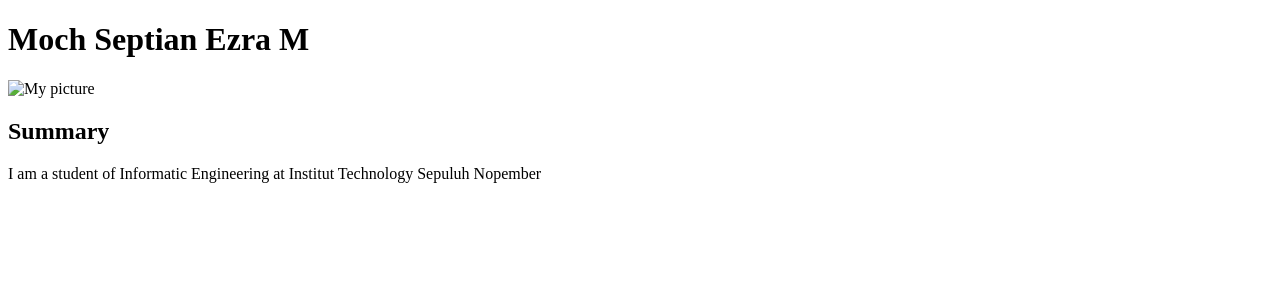
Repository: arzeee/Web_Course
Page: Capstone Project 1/index.html
An editor plug-in stored every save of this project. The page is shown before and after the next save, followed by the edit.
The browser window is 1280 px wide. The pictures show the whole page.

Above is the page before, as saved 2024-12-06 07:41:00.

After the next save:
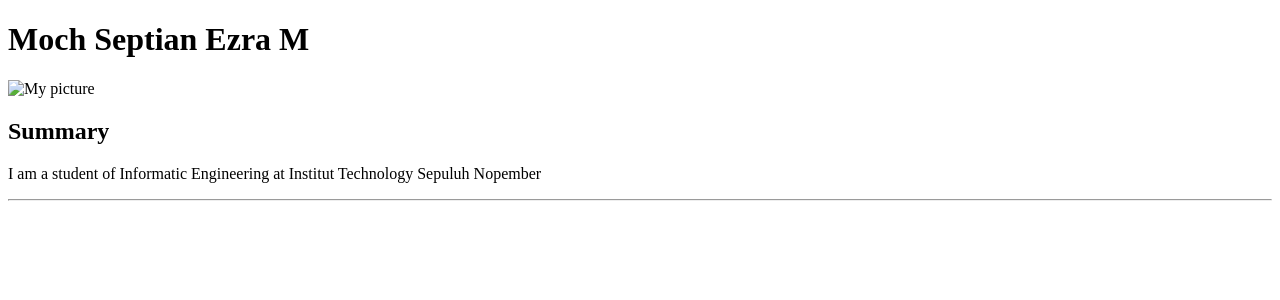
Saved 5 s later.
--- a/Capstone Project 1/index.html
+++ b/Capstone Project 1/index.html
@@ -11,7 +11,8 @@
 
     <h2>Summary</h2>
     <p>I am a student of Informatic Engineering at Institut Technology Sepuluh Nopember</p>
-    <br>
+    <hr>
+
     <h2></h2>
     <h2></h2>
     <h2></h2>
